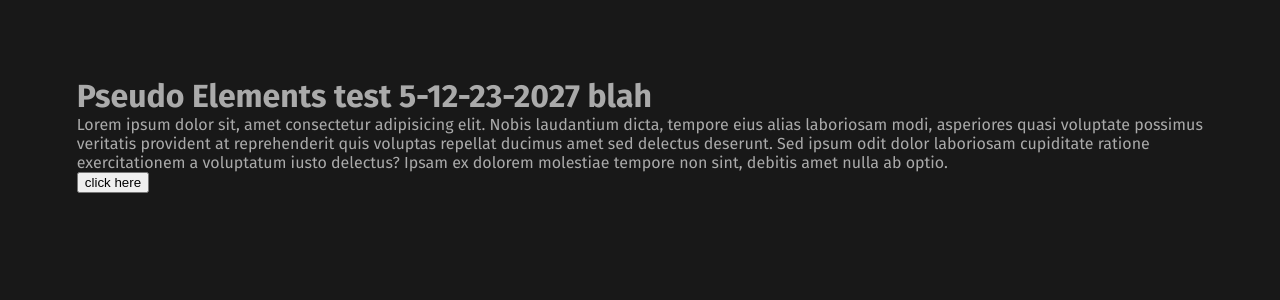
Repository: randy918/grandmaster-js-513
Page: index.html
The author's editor kept a copy of each file at every save. The page is drawn from the files as they stood at one save, then again after the next save.
The browser window is 1280 px wide. The pictures show the whole page.
The style sheet was rebuilt from its Sass, Less or Tailwind sources for each picture, by a compiler version that may differ from the author's.

Above is the page before, as saved 2023-05-13 12:11:07.

After the next save:
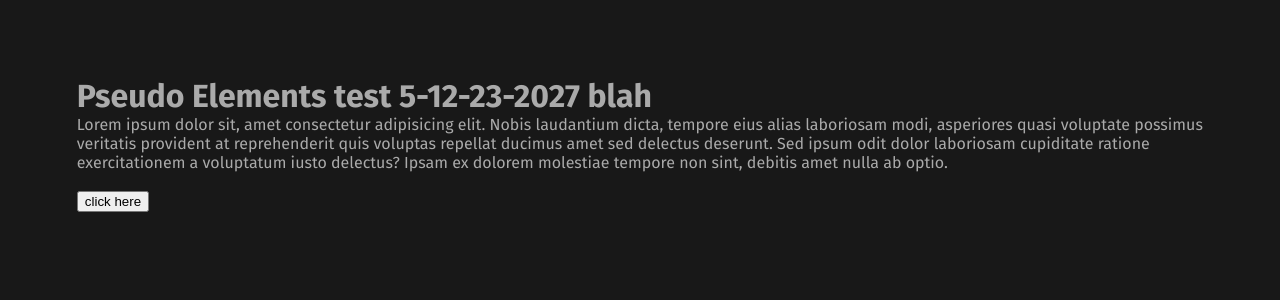
Saved 3 min 39 s later.
--- a/index.html
+++ b/index.html
@@ -11,7 +11,7 @@
 <body>
     <h1 class="heading">Pseudo Elements test 5-12-23-2027 </h1>
    <p>Lorem ipsum dolor sit, amet consectetur adipisicing elit. Nobis laudantium dicta, tempore eius alias laboriosam modi, asperiores quasi voluptate possimus veritatis provident at reprehenderit quis voluptas repellat ducimus amet sed delectus deserunt. Sed ipsum odit dolor laboriosam cupiditate ratione exercitationem a voluptatum iusto delectus? Ipsam ex dolorem molestiae tempore non sint, debitis amet nulla ab optio.
-   </p>
+   </p><br>
    <button id="button__intro">click here</button>
     <script src="./js/myfunctions.js"></script>
     <script src="./js/index.js"></script>
